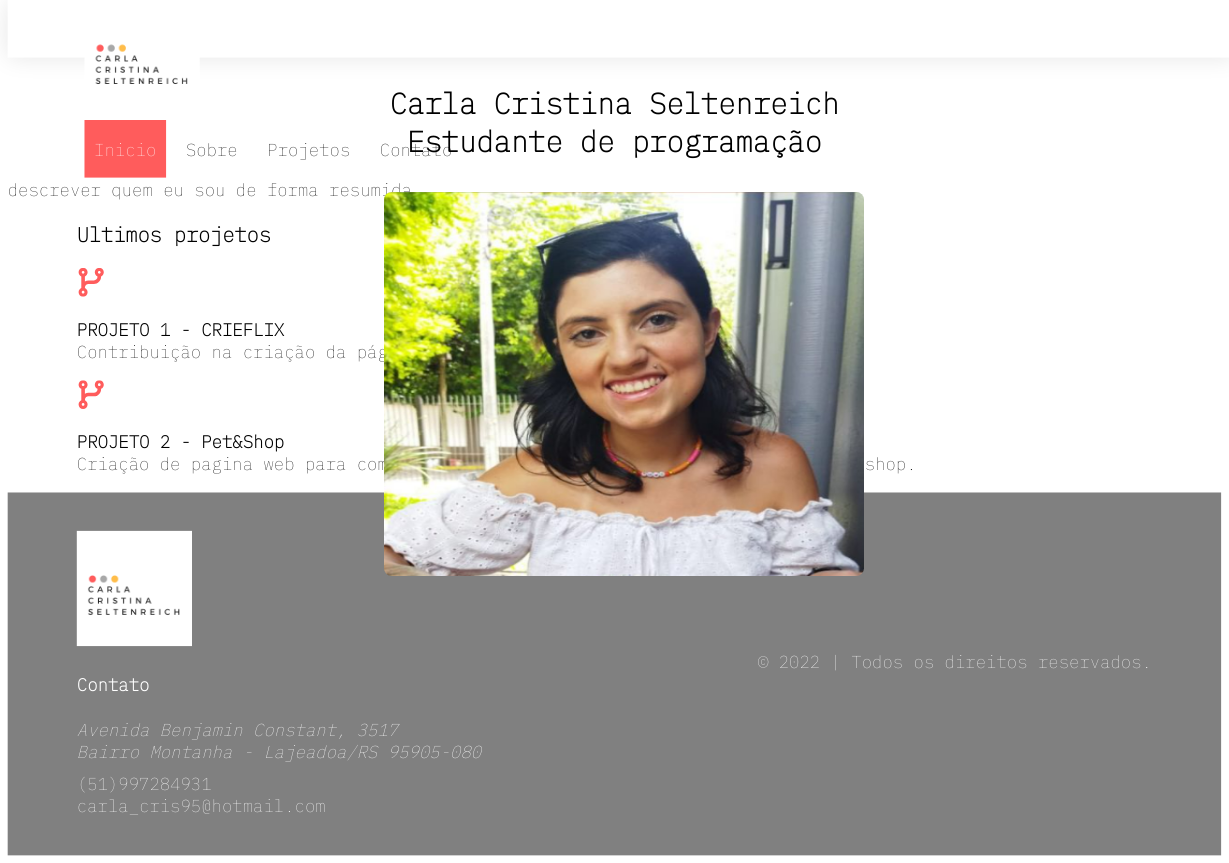
Repository: carla-seltenreich/portfolio
Page: index.html
An editor plug-in stored every save of this project. The page is shown before and after the next save, followed by the edit.
The browser window is 1280 px wide. The pictures show the whole page, at 96% of full size.

Above is the page before, as saved 2022-05-24 16:48:04.

### index.html
<!DOCTYPE html>
<html lang="en">

<head>
    <meta charset="UTF-8">
    <meta http-equiv="X-UA-Compatible" content="IE=edge">
    <meta name="viewport" content="width=device-width, initial-scale=1.0">
    <title>Carla Cristina Seltenreich</title>
    <link rel="preconnect" href="https://fonts.googleapis.com">
    <link rel="preconnect" href="https://fonts.gstatic.com" crossorigin>
    <link rel="stylesheet" href="style.css">

    <link href="preconnect" href="https://fonts.googleapis.com">
    <link rel="preconnect" href="https://fonts.gstatic.com" crossorigin>
    <link href="https://fonts.googleapis.com/css2?family=IBM+Plex+Mono:wght@100&family=Questrial&display=swap"
        rel="stylesheet">
</head>

<body>
    <header class="header">
        <div class="container container-header">
            <img src="Carla cristina sELTENREICH.png" alt="logo" class="brand">
            <ul class="nav">
                <li>
                    <a href="index.html" class="active">Inicio</a>
                </li>
                <li>
                    <a href="about.html">Sobre</a>
                </li>
                <li>
                    <a href="project.html">Projetos</a>
                </li>
                <li>
                    <a href="contact.html">Contato</a>
                </li>
            </ul>
        </div>
    </header>
    <div class="name">
        <h1 class="name-title">
            Carla Cristina Seltenreich<br>
            Estudante de programação
        </h1>
    </div>
    </header>
    <section class="banner">
        <img class="photo-banner" src="carla.png">
    </section>
    <section class="about-home">
        <div class="text-about-home">
            <title>QUEM SOU EU</title>
            <P>descrever quem eu sou de forma resumida</P>
        </div>
    </section>
    <section class="lastest-projects-home">
        <div class="container">
            <h3>Ultimos projetos</h3>
            <img src="code-branch-solid.svg" alt="logo-project" class="logo-project">
            <p><strong>PROJETO 1 - CRIEFLIX</strong><br>
                Contribuição na criação da página web para streaming de filmes e séries.</p>
            <img src="code-branch-solid.svg" alt="logo-project" class="logo-project">
            <p><strong>PROJETO 2 - Pet&Shop</strong><br>
                Criação de pagina web para comercialização de produtos e serviços de uma petshop.<br>
            </p>
        </div>

    </section>
    <footer class="footer">
        <div class="container">
            <img src="Carla cristina sELTENREICH.png" alt="logo" class="brand">
            <div class="footer-container">
                <div class="footer-contact">
                    <h4>Contato</h4>

                    <address>Avenida Benjamin Constant, 3517 <br />Bairro Montanha - Lajeadoa/RS 95905-080
                    </address>
                    <a href="#">(51)997284931</a>
                    <a href="#">carla_cris95@hotmail.com</a>
                </div>

                <div class="footer-social-medias">

                </div>
                <div class="copyright">© 2022 | Todos os direitos reservados.</div>
            </div>
    </footer>
</body>

</html>

### style.css
body {
    font-family: 'IBM Plex Mono';
    font-size: 18px;
    padding-top: 60px;
}

.container {
    max-width: 1120px;
    margin: 0 auto;
}
.header {
    height: 60px;
    background: #fff;
    position: fixed;
    width: 100%;
    top: 0;
    z-index: 1;
    box-shadow: 0 0 25px rgba(0, 0, 0, 0.1);
}

.header-container {
    display: flex;
    justify-content: space-between;
}

.brand {
    max-width: 120px;
}

.nav {
    margin: 0;
    padding: 0;
    list-style: none;
}
.nav li {
    display: inline-block;
}
.nav a {
    color: #000;
    display: block;
    height: 20px;
    padding: 20px 10px;
    text-decoration: none;
}
.nav a:hover {
    color: black;

}
.nav a.active {
    color: #fff;
    background: #ff5c5c;
}

.name-title {
    text-align: center;
    font-size: 30px;
    color: black;
}

//.banner {

}

.photo-banner {
    background-color: #ff5c5c;
    position: absolute;
    width: 500px;
    height: 400px;
    left: 400px;
    top: 200px;
    border-radius: 8px;
}
.last-project-home {
    background-color: #ff5c5c;
    color: #fff;
    padding: 50px;
    position: center;
}
.logo-project {
    width: 30px;
    height: 30px;
}

.footer {
    color: #fff;
    background: grey;
    padding: 40px 0;
}

.footer-container {
    display: flex;
    justify-content: space-between;
}
.footer-contact a {
    display: block;
    color: #fff;
    text-decoration: none;
}

.footer-contact address {
    margin-bottom: 10px;
}

### code-branch-solid.svg
<svg xmlns="http://www.w3.org/2000/svg" viewBox="0 0 448 512"><!--! Font Awesome Pro 6.1.1 by @fontawesome - https://fontawesome.com License - https://fontawesome.com/license (Commercial License) Copyright 2022 Fonticons, Inc. --><path fill= "#ff5c5c" d="M160 80C160 112.8 140.3 140.1 112 153.3V241.1C130.8 230.2 152.7 224 176 224H272C307.3 224 336 195.3 336 160V153.3C307.7 140.1 288 112.8 288 80C288 35.82 323.8 0 368 0C412.2 0 448 35.82 448 80C448 112.8 428.3 140.1 400 153.3V160C400 230.7 342.7 288 272 288H176C140.7 288 112 316.7 112 352V358.7C140.3 371 160 399.2 160 432C160 476.2 124.2 512 80 512C35.82 512 0 476.2 0 432C0 399.2 19.75 371 48 358.7V153.3C19.75 140.1 0 112.8 0 80C0 35.82 35.82 0 80 0C124.2 0 160 35.82 160 80V80zM80 104C93.25 104 104 93.25 104 80C104 66.75 93.25 56 80 56C66.75 56 56 66.75 56 80C56 93.25 66.75 104 80 104zM368 56C354.7 56 344 66.75 344 80C344 93.25 354.7 104 368 104C381.3 104 392 93.25 392 80C392 66.75 381.3 56 368 56zM80 456C93.25 456 104 445.3 104 432C104 418.7 93.25 408 80 408C66.75 408 56 418.7 56 432C56 445.3 66.75 456 80 456z"/></svg>

After the next save:
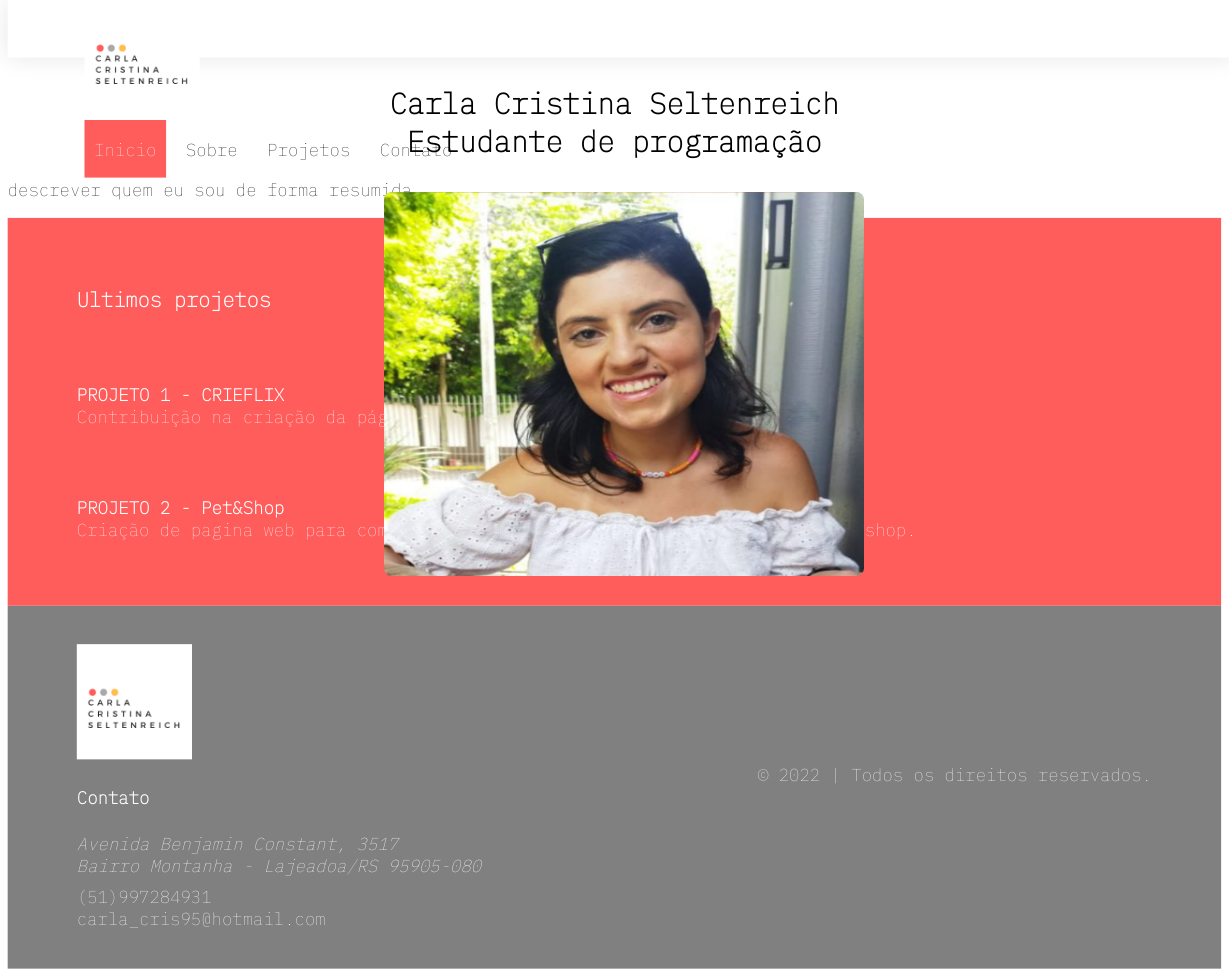
Saved 32 s later.
--- a/style.css
+++ b/style.css
@@ -70,7 +70,7 @@ body {
     top: 200px;
     border-radius: 8px;
 }
-.last-project-home {
+.lastest-projects-home {
     background-color: #ff5c5c;
     color: #fff;
     padding: 50px;
